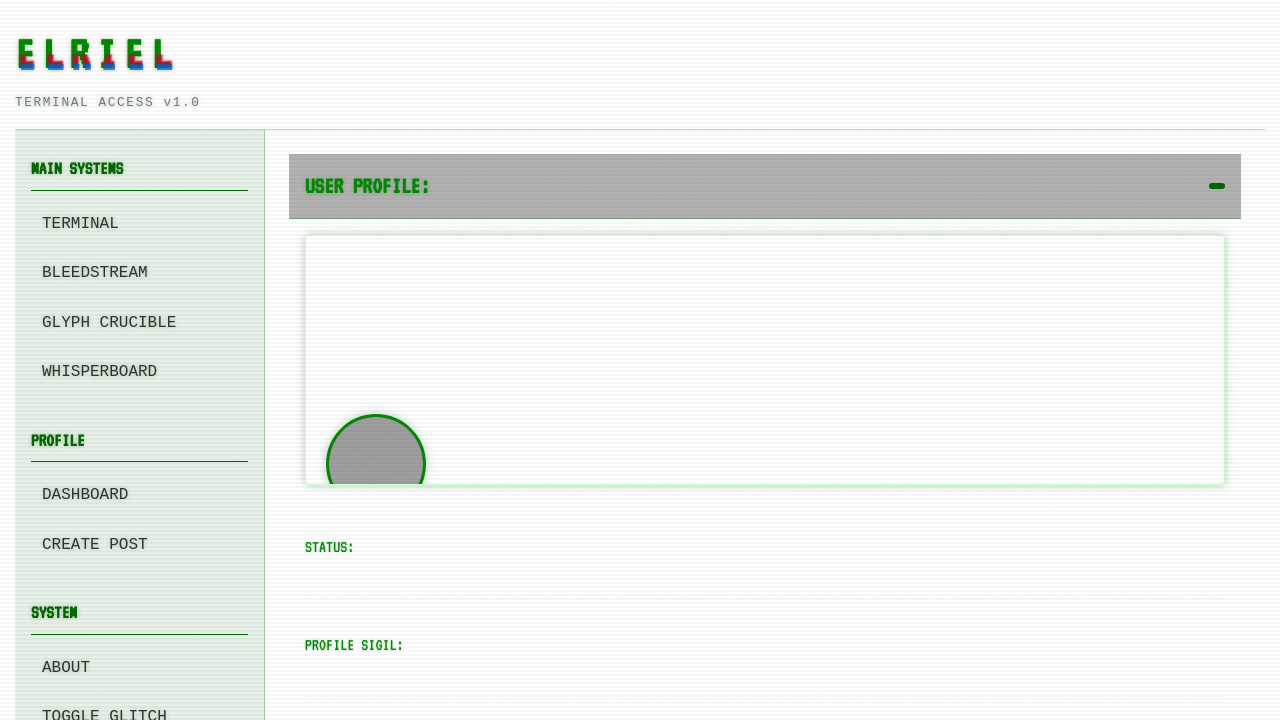
Repository: numbpill3d/elriel_1.0-forum
Page: views/profile/view.html
An editor plug-in stored every save of this project. The page is shown before and after the next save, followed by the edit.
The browser window is 1280 px wide. The pictures show the whole page.
Pictures or frames that could not be fetched are drawn as grey boxes. An inner scrolling area shows only its first screen. Some web fonts or font styles are not loaded; a fallback is used.

Above is the page before, as saved 2025-04-25 21:17:35.
Console error: ReferenceError: __DATA__ is not defined

### views/profile/view.html
<!DOCTYPE html>
<html lang="en">
<head>
  <meta charset="UTF-8">
  <meta name="viewport" content="width=device-width, initial-scale=1.0">
  <title>PROFILE | ELRIEL</title>
  <link rel="stylesheet" href="/css/main.css">
  <link rel="stylesheet" href="/css/glitch.css">
  <link rel="stylesheet" href="/css/profile.css">
  <link rel="stylesheet" href="/css/win98.css">
  <script src="/js/glitch.js" defer></script>
  <script src="/js/win98.js" defer></script>
</head>
<body class="terminal">
  <div class="noise-overlay"></div>
  <div class="scan-lines"></div>
  <div class="container">
    <header class="main-header">
      <div class="logo">
        <h1 class="glitch" data-text="ELRIEL">ELRIEL</h1>
        <div class="logo-subtitle">TERMINAL ACCESS v1.0</div>
      </div>
      <div class="user-panel">
        <div id="user-status">
          <!-- User status will be injected here -->
        </div>
      </div>
    </header>

    <div class="content-wrapper">
      <nav class="sidebar">
        <div class="nav-section">
          <h3 class="nav-title">MAIN SYSTEMS</h3>
          <ul class="nav-links">
            <li><a href="/">TERMINAL</a></li>
            <li><a href="/feed/bleedstream">BLEEDSTREAM</a></li>
            <li><a href="/glyph/crucible">GLYPH CRUCIBLE</a></li>
            <li><a href="/whisper/board">WHISPERBOARD</a></li>
          </ul>
        </div>
        <div class="nav-section">
          <h3 class="nav-title">PROFILE</h3>
          <ul class="nav-links">
            <li><a href="/profile">DASHBOARD</a></li>
            <!-- Edit profile link only for owner -->
            <li id="edit-profile-link" style="display: none;"><a href="/profile/edit">EDIT PROFILE</a></li>
            <li><a href="/feed/new">CREATE POST</a></li>
          </ul>
        </div>
        <div class="nav-section">
          <h3 class="nav-title">SYSTEM</h3>
          <ul class="nav-links">
            <li><a href="/about">ABOUT</a></li>
            <li><a href="#" id="toggle-glitch">TOGGLE GLITCH</a></li>
          </ul>
        </div>
      </nav>

      <main class="main-content">
        <section class="profile-view-panel">
          <div class="panel-header">
            <h2>USER PROFILE: <span id="profile-view-username"></span></h2>
            <div class="status-indicator" id="profile-view-status"></div>
          </div>
          <div class="profile-view-content">
            <div class="profile-view-header">
              <div class="profile-view-background" id="profile-view-background">
                <!-- Background image will be injected here -->
              </div>
              <div class="profile-view-avatar">
                <!-- Placeholder for avatar -->
                <div class="default-avatar"></div>
              </div>
              <div class="profile-view-info">
                <h3 id="profile-view-username-large"></h3>
                <div class="profile-view-district" id="profile-view-district"></div>
              </div>
            </div>

            <div class="profile-view-details">
              <div class="profile-view-section">
                <div class="section-title">STATUS:</div>
                <div class="section-content" id="profile-view-status-text"></div>
              </div>

              <div class="profile-view-section">
                <div class="section-title">PROFILE SIGIL:</div>
                <div class="section-content" id="profile-view-glyph">
                  <!-- Profile glyph will be injected here -->
                </div>
              </div>

              <div class="profile-view-section">
                <div class="section-title">RECENT ACTIVITY:</div>
                <div class="section-content">
                  <div class="profile-activity-log" id="profile-activity-log">
                    <!-- Recent activity items will be loaded here -->
                    <div class="loading-activity">LOADING ACTIVITY LOG...</div>
                  </div>
                  <div class="view-all-activity">
                    <a href="/activity-log" class="activity-link">VIEW FULL ACTIVITY LOG</a>
                  </div>
                </div>
              </div>

              <div class="profile-view-section">
                <div class="section-title">CUSTOM CODE:</div>
                <div class="section-content">
                  <style id="profile-view-custom-css"></style>
                  <style id="profile-view-theme-template"></style>
                  <div id="profile-view-custom-html"></div>
                </div>
              </div>

              <div class="profile-view-section">
                <div class="section-title">WINDOWS 98 EXPERIENCE:</div>
                <div class="section-content">
                  <div id="profile-windows" class="profile-windows-container"></div>
                </div>
              </div>
            </div>
          </div>
        </section>

        <section class="user-view-posts-panel">
          <div class="panel-header">
            <h2>RECENT POSTS</h2>
            <div class="status-indicator">ARCHIVE</div>
          </div>
          <div class="user-view-posts-content" id="user-view-posts-content">
            <!-- User posts will be injected here -->
          </div>
        </section>
      </main>
    </div>

    <footer class="main-footer">
      <div class="footer-text">ELRIEL NETWORK // ESTABLISHED 2025 // ALL RIGHTS SURRENDERED</div>
      <div class="footer-glyphs">
        <span class="glyph">⌘</span>
        <span class="glyph">⍟</span>
        <span class="glyph">⎔</span>
      </div>
    </footer>
  </div>

  <script>
    // Inject data from server
    const data = __DATA__;
    const profile = data.profile;
    const user = data.user;
    const glyph = data.glyph;
    const posts = data.posts;
    const isOwner = data.isOwner;

    // Update user status in header
    const userStatusEl = document.getElementById('user-status');
    if (user) {
      userStatusEl.innerHTML = `
        <div class="logged-in">
          <span class="username">${user.username}</span>
          <div class="user-links">
            <a href="/profile">PROFILE</a>
            <a href="/auth/logout">LOGOUT</a>
          </div>
        </div>
      `;
    } else {
      userStatusEl.innerHTML = `
        <div class="logged-out">
          <a href="/auth/login" class="login-btn">LOGIN</a>
          <a href="/auth/register" class="register-btn">REGISTER</a>
        </div>
      `;
    }

    // Show edit profile link if owner
    if (isOwner) {
      document.getElementById('edit-profile-link').style.display = 'list-item';
    }

    // Update profile details
    document.getElementById('profile-view-username').textContent = profile.username;
    document.getElementById('profile-view-username-large').textContent = profile.username;
    document.getElementById('profile-view-status').textContent = profile.status;
    document.getElementById('profile-view-status-text').textContent = profile.status;
    document.getElementById('profile-view-district').textContent = `DISTRICT: ${profile.district_name || 'UNKNOWN'}`;

    // Set background image
    const profileBackgroundEl = document.getElementById('profile-view-background');
    if (profile.background_image) {
      profileBackgroundEl.style.backgroundImage = `url(${profile.background_image})`;
      profileBackgroundEl.classList.add('glitch-image');
      profileBackgroundEl.setAttribute('data-image', profile.background_image);
    }

    // Set profile glyph
    const profileGlyphEl = document.getElementById('profile-view-glyph');
    if (glyph && glyph.svg_data) {
      profileGlyphEl.innerHTML = glyph.svg_data;
    } else {
      profileGlyphEl.innerHTML = '<span>NO SIGIL SET</span>';
    }

    // Load recent activity placeholder until API is ready
    const activityLogEl = document.getElementById('profile-activity-log');
    activityLogEl.innerHTML = '<div class="no-activity">ACTIVITY LOG COMING SOON</div>';

    // Inject custom CSS, theme template, and HTML
    document.getElementById('profile-view-custom-css').textContent = profile.custom_css || '';
    document.getElementById('profile-view-custom-html').innerHTML = profile.custom_html || '<span>NO CUSTOM CODE</span>';

    // Apply theme template if exists
    applyThemeTemplate(profile.theme_template || 'default');

    // Load profile windows
    loadProfileWindows();

    // Display user posts
    const userPostsContentEl = document.getElementById('user-view-posts-content');
    if (posts.length > 0) {
      posts.forEach(post => {
        const postEl = document.createElement('div');
        postEl.className = 'user-view-post-item';
        postEl.innerHTML = `
          <div class="post-title"><a href="/feed/post/${post.id}">${post.title}</a></div>
          <div class="post-meta">
            <span class="post-date">${new Date(post.created_at).toLocaleString()}</span>
            ${post.is_encrypted ? '<span class="post-encrypted">ENCRYPTED</span>' : ''}
          </div>
        `;
        userPostsContentEl.appendChild(postEl);
      });
    } else {
      userPostsContentEl.innerHTML = '<span>NO POSTS FOUND IN ARCHIVE.</span>';
    }

    // Placeholder for future activity log function

    // Function to apply theme templates
    function applyThemeTemplate(templateName) {
      const themeStyleEl = document.getElementById('profile-view-theme-template');

      switch(templateName) {
        case 'cyberpunk':
          themeStyleEl.textContent = `
            body {
              --terminal-green: #00ffff;
              --terminal-dim-green: #00aaaa;
              --glow-color: rgba(0, 255, 255, 0.5);
            }
            .profile-view-header {
              border-color: rgba(0, 255, 255, 0.2);
            }
            .profile-view-avatar {
              border-color: #00ffff;
            }
            .profile-view-info h3 {
              color: #00ffff;
              text-shadow: 0 0 10px rgba(0, 255, 255, 0.7);
            }
            .profile-view-section .section-title {
              color: #00ffff;
            }
            .post-title a {
              color: #00ffff;
            }
          `;
          break;
        case 'glitchcore':
          themeStyleEl.textContent = `
            body {
              --terminal-green: #ff00aa;
              --terminal-dim-green: #cc0088;
              --glow-color: rgba(255, 0, 170, 0.5);
            }
            .profile-view-header {
              border-color: rgba(255, 0, 170, 0.2);
              overflow: visible;
            }
            .profile-view-header::before {
              content: '';
              position: absolute;
              top: 0;
              left: 0;
              width: 100%;
              height: 100%;
              background: linear-gradient(45deg, rgba(255,0,170,0.2), transparent);
              z-index: 1;
              mix-blend-mode: overlay;
            }
            .profile-view-avatar {
              border-color: #ff00aa;
              overflow: visible;
            }
            .profile-view-avatar::after {
              content: '';
              position: absolute;
              top: -3px;
              left: -3px;
              width: calc(100% + 6px);
              height: calc(100% + 6px);
              border-radius: 50%;
              border: 1px solid #ff00aa;
              animation: pulse 3s infinite;
            }
            .profile-view-info h3 {
              color: #ff00aa;
              text-shadow: 2px 2px 0 rgba(0,255,255,0.5), -2px -2px 0 rgba(255,0,0,0.5);
            }
            .profile-view-section .section-title {
              color: #ff00aa;
            }
            @keyframes pulse {
              0% { transform: scale(1); opacity: 1; }
              50% { transform: scale(1.05); opacity: 0.5; }
              100% { transform: scale(1); opacity: 1; }
            }
          `;
          break;
        case 'vaporwave':
          themeStyleEl.textContent = `
            body {
              --terminal-green: #ff00ff;
              --terminal-dim-green: #cc00cc;
              --glow-color: rgba(255, 0, 255, 0.5);
            }
            .profile-view-header {
              border-color: rgba(255, 0, 255, 0.2);
            }
            .profile-view-background {
              filter: brightness(70%) saturate(150%) hue-rotate(210deg);
            }
            .profile-view-avatar {
              border-color: #ff00ff;
            }
            .profile-view-info h3 {
              color: #ff00ff;
              font-family: 'VT323', serif;
              letter-spacing: 0.1em;
            }
            .profile-view-section {
              border-bottom: 1px solid rgba(255, 0, 255, 0.2);
            }
            .profile-view-section .section-title {
              color: #ff00ff;
              font-family: 'VT323', serif;
              letter-spacing: 0.1em;
            }
          `;
          break;
        case 'darkweb':
          themeStyleEl.textContent = `
            body {
              --terminal-green: #00ff00;
              --terminal-dim-green: #00aa00;
              --glow-color: rgba(0, 255, 0, 0.5);
              --terminal-bg: #000000;
            }
            .profile-view-header {
              border-color: #222222;
            }
            .profile-view-background {
              filter: grayscale(100%) brightness(30%) contrast(120%);
            }
            .profile-view-avatar {
              border-color: #00ff00;
            }
            .profile-view-info h3 {
              color: #00ff00;
              font-family: 'Courier New', monospace;
            }
            .profile-view-section {
              border-bottom: 1px solid #222222;
            }
            .profile-view-section .section-title {
              color: #00ff00;
              font-family: 'Courier New', monospace;
            }
            .section-content {
              color: #aaaaaa;
            }
          `;
          break;
        case 'matrix':
          themeStyleEl.textContent = `
            body {
              --terminal-green: #00ff00;
              --terminal-dim-green: #00aa00;
              --glow-color: rgba(0, 255, 0, 0.5);
              --terminal-bg: #000000;
            }
            .profile-view-header {
              border-color: rgba(0, 255, 0, 0.2);
              position: relative;
              overflow: hidden;
            }
            .profile-view-header::before {
              content: '';
              position: absolute;
              top: 0;
              left: 0;
              width: 100%;
              height: 100%;
              background-image: linear-gradient(0deg, rgba(0,0,0,0.8) 0%, rgba(0,0,0,0.3) 100%);
              z-index: 2;
            }
            .profile-view-header::after {
              content: '';
              position: absolute;
              top: 0;
              left: 0;
              width: 100%;
              height: 100%;
              background-image: url('/images/matrix-code.png');
              opacity: 0.2;
              animation: scroll 20s linear infinite;
              z-index: 1;
            }
            @keyframes scroll {
              0% { background-position: 0 0; }
              100% { background-position: 0 1000px; }
            }
            .profile-view-avatar {
              border-color: #00ff00;
              z-index: 3;
            }
            .profile-view-info {
              z-index: 3;
            }
            .profile-view-info h3 {
              color: #00ff00;
              font-family: 'Courier New', monospace;
              text-shadow: 0 0 10px rgba(0, 255, 0, 0.7);
            }
            .profile-view-section .section-title {
              color: #00ff00;
              font-family: 'Courier New', monospace;
            }
          `;
          break;
        default:
          themeStyleEl.textContent = ''; // Default theme (no custom styles)
      }
    }

    // Simplified window loading function
    function loadProfileWindows() {
      try {
        console.log('Windows 98 profile section initialized');
        if (typeof Win98WindowManager !== 'undefined') {
          window.windowManager = new Win98WindowManager('profile-windows');
        } else {
          console.log('Win98WindowManager not defined yet');
        }
      } catch (e) {
        console.error('Error loading windows:', e);
      }
    }

    // Toggle glitch effects
    document.getElementById('toggle-glitch').addEventListener('click', function(e) {
      e.preventDefault();
      document.body.classList.toggle('glitch-active');
    });
  </script>
</body>
</html>

### public/css/win98.css
/* Elriel - Windows 98 Style CSS - Minimal Version */
/* For retro profile windows */

:root {
  --win98-bg: #c0c0c0;
  --win98-light: #ffffff;
  --win98-shadow: #808080;
  --win98-dark: #404040;
  --win98-title-bg: #000080;
  --win98-title-text: #ffffff;
  --win98-button-face: #c0c0c0;
  --win98-window-body: #c0c0c0;
  --win98-window-text: #000000;
  --win98-border-width: 2px;
  --win98-font: 'MS Sans Serif', 'Segoe UI', Tahoma, sans-serif;
}

/* Basic window container */
.win98-window {
  position: relative;
  background-color: var(--win98-bg);
  border: var(--win98-border-width) solid;
  border-color: var(--win98-light) var(--win98-dark) var(--win98-dark) var(--win98-light);
  box-shadow: 2px 2px 10px rgba(0, 0, 0, 0.3);
  min-width: 200px;
  min-height: 150px;
  margin: 15px;
  font-family: var(--win98-font);
  font-size: 12px;
  color: var(--win98-window-text);
}

/* Titlebar */
.win98-titlebar {
  background-color: var(--win98-title-bg);
  color: var(--win98-title-text);
  padding: 2px 3px;
  display: flex;
  justify-content: space-between;
  align-items: center;
}

.win98-titlebar-text {
  font-weight: bold;
  font-size: 12px;
  margin-left: 2px;
}

/* Window content area */
.win98-content {
  padding: 8px;
  position: relative;
  background-color: var(--win98-window-body);
}

/* Profile windows container */
.profile-windows-container {
  width: 100%;
  min-height: 100px;
  position: relative;
  margin-top: 20px;
  border: 1px dashed var(--terminal-dim-green);
  padding: 10px;
  text-align: center;
}

/* Placeholder when no windows */
.profile-windows-container:empty:before {
  content: "Windows 98 Experience will appear here";
  color: var(--terminal-dim);
  font-style: italic;
  display: block;
  padding: 20px;
}

/* Extra CSS to ensure cursor is visible */
body, html, button, a, input, textarea, select, [contenteditable] {
  cursor: default !important;
}

input, textarea, [contenteditable] {
  caret-color: var(--cursor-color, #00ff00) !important;
}

a, button, .clickable {
  cursor: pointer !important;
}

/* Fix for links */
a:hover {
  text-decoration: underline;
}

Loaded but not shown: public/js/glitch.js (234 lines, source omitted); public/js/win98.js (92 lines, source omitted); public/css/profile.css (581 lines, source omitted); public/css/main.css (435 lines, source omitted); public/css/glitch.css (421 lines, source omitted)

After the next save:
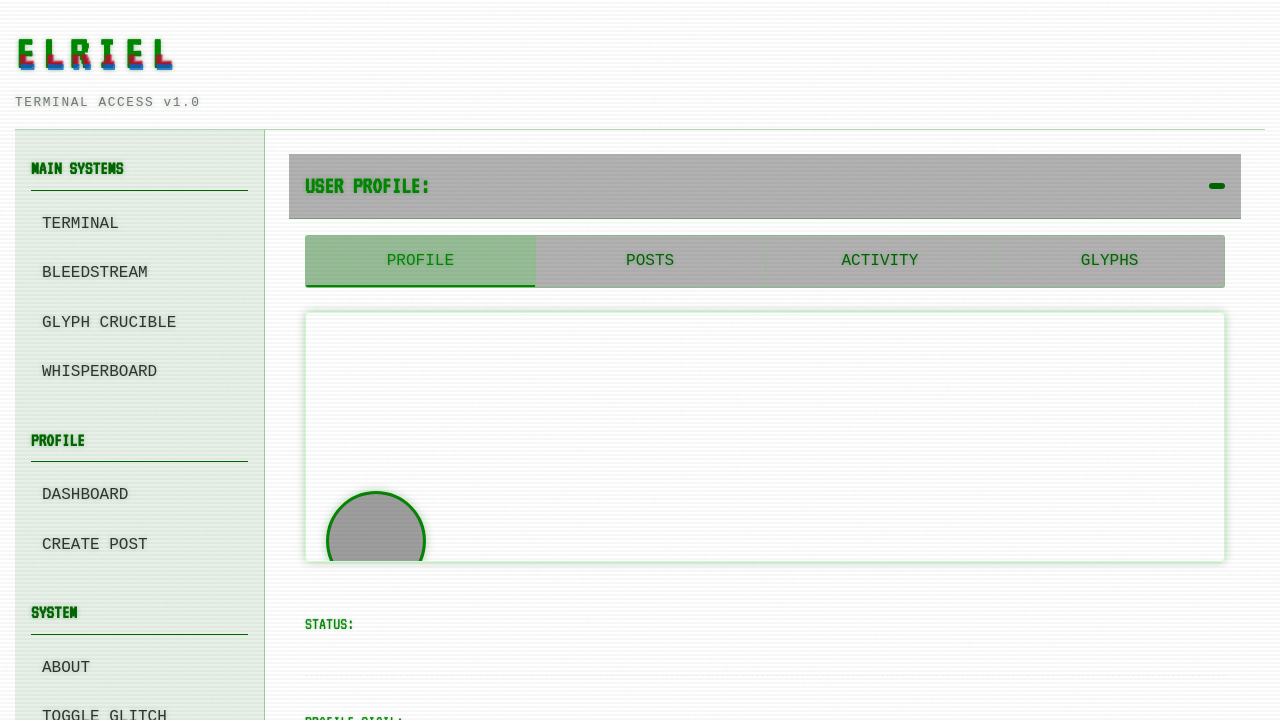
Saved 52 s later.
--- a/views/profile/view.html
+++ b/views/profile/view.html
@@ -63,6 +63,13 @@
             <div class="status-indicator" id="profile-view-status"></div>
           </div>
           <div class="profile-view-content">
+            <!-- Profile navigation bar -->
+            <div class="profile-nav-bar">
+              <a href="#profile" class="profile-nav-item active">PROFILE</a>
+              <a href="#posts" class="profile-nav-item">POSTS</a>
+              <a href="#activity" class="profile-nav-item">ACTIVITY</a>
+              <a href="#glyphs" class="profile-nav-item">GLYPHS</a>
+            </div>
             <div class="profile-view-header">
               <div class="profile-view-background" id="profile-view-background">
                 <!-- Background image will be injected here -->
@@ -100,6 +107,17 @@
                   <div class="view-all-activity">
                     <a href="/activity-log" class="activity-link">VIEW FULL ACTIVITY LOG</a>
                   </div>
+                </div>
+              </div>
+
+              <!-- Owner-only edit controls -->
+              <div id="profile-owner-controls" style="display: none;">
+                <a href="/profile/edit" class="edit-profile-btn">EDIT PROFILE</a>
+
+                <div class="action-buttons">
+                  <a href="/profile/edit#background" class="action-button">CHANGE BACKGROUND</a>
+                  <a href="/profile/edit#glyph" class="action-button">CHANGE SIGIL</a>
+                  <a href="/glyph/crucible" class="action-button">GLYPH CRUCIBLE</a>
                 </div>
               </div>
 
@@ -174,9 +192,10 @@
       `;
     }
 
-    // Show edit profile link if owner
+    // Show edit profile link and controls if owner
     if (isOwner) {
       document.getElementById('edit-profile-link').style.display = 'list-item';
+      document.getElementById('profile-owner-controls').style.display = 'block';
     }
 
     // Update profile details
@@ -215,6 +234,40 @@
 
     // Load profile windows
     loadProfileWindows();
+
+    // Add profile navigation functionality
+    document.querySelectorAll('.profile-nav-item').forEach(navItem => {
+      navItem.addEventListener('click', function(e) {
+        e.preventDefault();
+        // Remove active class from all nav items
+        document.querySelectorAll('.profile-nav-item').forEach(item => {
+          item.classList.remove('active');
+        });
+        // Add active class to clicked item
+        this.classList.add('active');
+
+        // Get the target section from href
+        const targetSection = this.getAttribute('href').substring(1);
+
+        // In a full implementation, you would show/hide sections here
+        console.log(`Navigating to profile section: ${targetSection}`);
+
+        // For now, just scroll to appropriate section if it exists
+        const sectionMap = {
+          'profile': '.profile-view-details',
+          'posts': '.user-view-posts-panel',
+          'activity': '.profile-activity-log',
+          'glyphs': '#profile-view-glyph'
+        };
+
+        if (sectionMap[targetSection]) {
+          const element = document.querySelector(sectionMap[targetSection]);
+          if (element) {
+            element.scrollIntoView({ behavior: 'smooth' });
+          }
+        }
+      });
+    });
 
     // Display user posts
     const userPostsContentEl = document.getElementById('user-view-posts-content');
